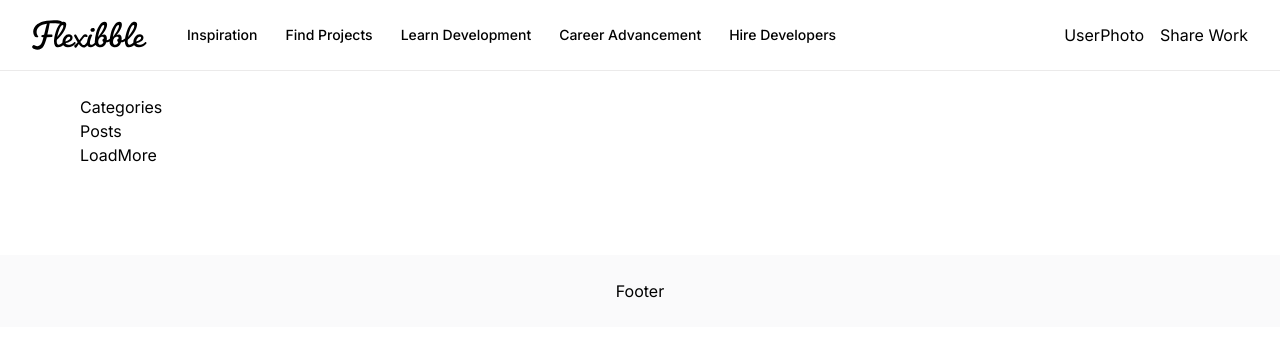
Repository: davedeguia/grafbase_flexibble
Page: /
An editor plug-in stored every save of this project. The page is shown before and after the next save, followed by the edit.
The browser window is 1280 px wide. The pictures show the whole page.
The project was rebuilt for these pictures with package versions that can differ from the ones it lists, and the page was loaded fresh each time. The framework's server and built-in components were replaced by stand-ins that run in the browser. Also part of the build but not shown: next.config.js, app/components/AuthProviders.tsx.

Above is the page before, as saved 2023-07-15 07:47:55.

### app/layout.tsx
import Footer from './components/Footer'
import Navbar from './components/Navbar'
import './globals.css'

export const metadata = {
  title: 'Flexibble',
  description: 'Showcase and discover remarkable developer projects',
}

export default function RootLayout({
  children,
}: {
  children: React.ReactNode
}) {
  return (
    <html lang='en'>
      <body>
        <Navbar />
        <main>{children}</main>
        <Footer />
      </body>
    </html>
  )
}

### app/page.tsx
const Home = () => {
  return (
    <section className='flex-start flex-col paddings mb-16'>
      <h1>Categories</h1>
      <h1>Posts</h1>
      <h1>LoadMore</h1>
    </section>
  )
}

export default Home

### app/components/Footer.tsx
import React from 'react'

const Footer = () => {
  return <footer className='flexStart footer'>Footer</footer>
}

export default Footer

### app/components/Navbar.tsx
import React from 'react'
import Link from 'next/link'
import Image from 'next/image'
import { NavLinks } from '../constants'
import AuthProviders from './AuthProviders'

const Navbar = () => {
  const session = {}
  return (
    <nav className='flexBetween navbar'>
      <div className='flex-1 flexStart gap-10'>
        <Link href='/'>
          <Image src='/logo.svg' width={115} height={43} alt='Flexible' />
        </Link>
        <ul className='xl:flex hidden text-small gap-7'>
          {NavLinks.map((link) => (
            <Link href={link.href} key={link.key}>
              {link.text}
            </Link>
          ))}
        </ul>
      </div>
      <div className='flexCenter gap-4'>
        {session ? (
          <>
            UserPhoto
            <Link href='/create-project'>Share Work</Link>
          </>
        ) : (
          <AuthProviders />
        )}
      </div>
    </nav>
  )
}

export default Navbar

### app/constants/index.tsx
export const NavLinks = [
  { href: '/', key: 'Inspiration', text: 'Inspiration' },
  { href: '/', key: 'Find Projects', text: 'Find Projects' },
  { href: '/', key: 'Learn Development', text: 'Learn Development' },
  { href: '/', key: 'Career Advancement', text: 'Career Advancement' },
  { href: '/', key: 'Hire Developers', text: 'Hire Developers' },
]

export const categoryFilters = [
  'Frontend',
  'Backend',
  'Full-Stack',
  'Mobile',
  'UI/UX',
  'Game Dev',
  'DevOps',
  'Data Science',
  'Machine Learning',
  'Cybersecurity',
  'Blockchain',
  'E-commerce',
  'Chatbots',
]

export const footerLinks = [
  {
    title: 'For developers',
    links: [
      'Go Pro!',
      'Explore development work',
      'Development blog',
      'Code podcast',
      'Open-source projects',
      'Refer a Friend',
      'Code of conduct',
    ],
  },
  {
    title: 'Hire developers',
    links: [
      'Post a job opening',
      'Post a freelance project',
      'Search for developers',
    ],
  },
  {
    title: 'Brands',
    links: ['Advertise with us'],
  },
  {
    title: 'Company',
    links: [
      'About',
      'Careers',
      'Support',
      'Media kit',
      'Testimonials',
      'API',
      'Terms of service',
      'Privacy policy',
      'Cookie policy',
    ],
  },
  {
    title: 'Directories',
    links: [
      'Development jobs',
      'Developers for hire',
      'Freelance developers for hire',
      'Tags',
      'Places',
    ],
  },
  {
    title: 'Development assets',
    links: [
      'Code Marketplace',
      'GitHub Marketplace',
      'NPM Registry',
      'Packagephobia',
    ],
  },
  {
    title: 'Development Resources',
    links: [
      'Freelancing',
      'Development Hiring',
      'Development Portfolio',
      'Development Education',
      'Creative Process',
      'Development Industry Trends',
    ],
  },
]

### tailwind.config.js
/** @type {import('tailwindcss').Config} */
module.exports = {
  content: [
    './pages/**/*.{js,ts,jsx,tsx,mdx}',
    './components/**/*.{js,ts,jsx,tsx,mdx}',
    './app/**/*.{js,ts,jsx,tsx,mdx}',
  ],
  theme: {
    extend: {
      colors: {
        'nav-border': '#EBEAEA',
        'light-white': '#FAFAFB',
        'light-white-100': '#F1F4F5',
        'light-white-200': '#d7d7d7',
        'light-white-300': '#F3F3F4',
        'light-white-400': '#E2E5F1',
        'light-white-500': '#E4E4E4',
        gray: '#4D4A4A',
        'gray-100': '#3d3d4e',
        'black-100': '#252525',
        'primary-purple': '#9747FF',
        'gray-50': '#D9D9D9',
      },
      boxShadow: {
        menu: '0px 159px 95px rgba(13,12,34,0.01), 0px 71px 71px rgba(13,12,34,0.02), 0px 18px 39px rgba(13,12,34,0.02), 0px 0px 0px rgba(13,12,34,0.02)',
      },
      screens: {
        xs: '400px',
      },
      maxWidth: {
        '10xl': '1680px',
      },
    },
  },
  plugins: [],
}

Loaded but not shown: app/globals.css (common file)

After the next save:
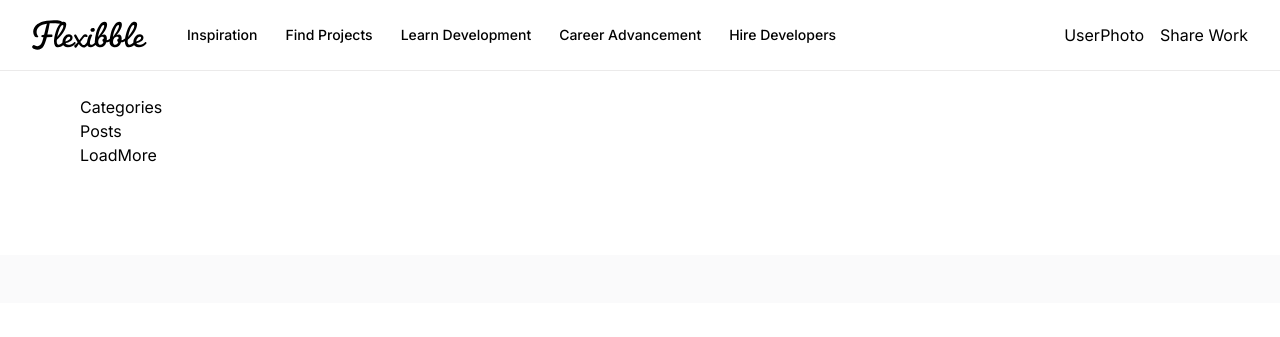
Saved 31 s later.
--- a/app/components/Footer.tsx
+++ b/app/components/Footer.tsx
@@ -1,7 +1,13 @@
 import React from 'react'
 
 const Footer = () => {
-  return <footer className='flexStart footer'>Footer</footer>
+  return (
+    <footer className='flexStart footer'>
+      <div>
+        <div></div>
+      </div>
+    </footer>
+  )
 }
 
 export default Footer
